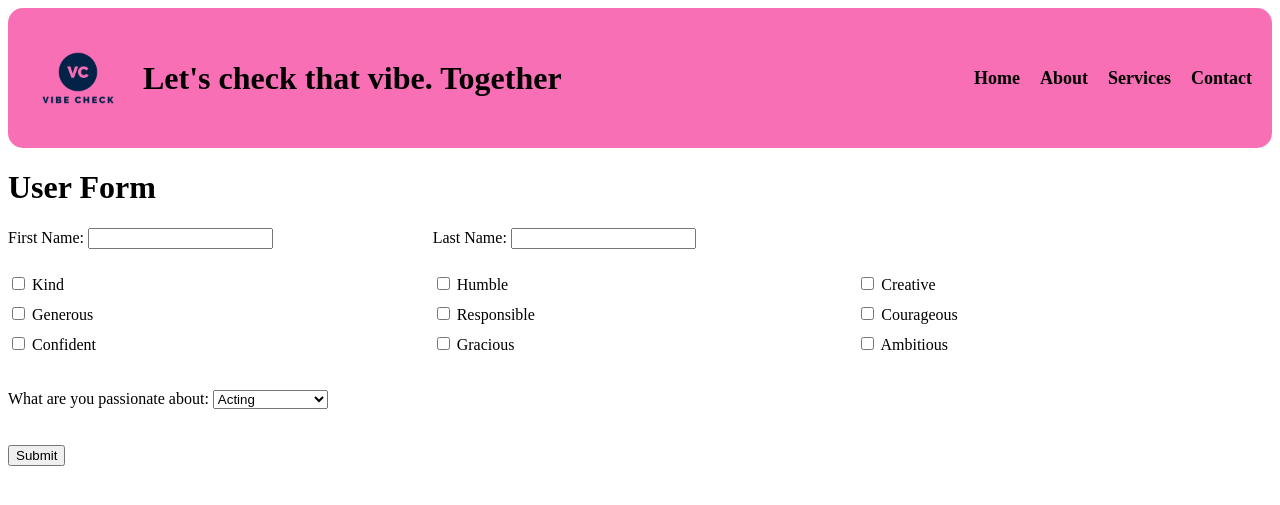
Repository: Chadloswald/Dis-Service
Page: docs/index.html
These files come from the project's save history. The page is drawn as it stood at one moment and after the next save; the edit follows.
The browser window is 1280 px wide. The pictures show the whole page.

Above is the page before, as saved 2023-05-02 10:21:12.

### docs/index.html
<!DOCTYPE html>
<html>
<head>
	<title>Dis-Service</title>
	<link rel="stylesheet" type="text/css" href="styles.css">
	<script src="scripts.js"></script>
</head>
<body>
	<header>
		<div class="logo">
		  <img src="logo.jpeg" alt="Logo">
		  <h1>Let's check that vibe. Together</h1>
		</div>
		<nav>
		  <ul>
			<li><a href="#">Home</a></li>
			<li><a href="#">About</a></li>
			<li><a href="#">Services</a></li>
			<li><a href="#">Contact</a></li>
		  </ul>
		</nav>
	  </header>
	<h1>User Form</h1>

	<form>
	<div id="checkbox-grid">
		<label>
			First Name:
			<input type="text" name="firstname" id="firstname">
		</label>
		<label>
			Last Name:
			<input type="text" name="lastname" id="lastname">
		</label>
		<br><br>
		<!-- ----------------------------------------- -->
		<label>
			<input type="checkbox" name="option1" value="cruel">
			Kind
		</label>
		<label>
			<input type="checkbox" name="option2" value="arrogant">
			Humble
		</label>
		<label>
			<input type="checkbox" name="option3" value="mundane">
			Creative
		</label>
		<label>
			<input type="checkbox" name="option4" value="greedy">
			Generous
		</label>
		<label>
			<input type="checkbox" name="option5" value="irressponsible">
			Responsible
		</label>
		<label>
			<input type="checkbox" name="option6" value="cowardly">
			Courageous
		</label>
		<label>
			<input type="checkbox" name="option7"value="insecure">
			Confident
		</label>
		<label>
			<input type="checkbox" name="option8" value="ungrateful">
			Gracious
		</label>
		<label>
			<input type="checkbox" name="option9" value="apathetic">
			Ambitious
		</label>
	</div>
	<br><br>
		<!-- ------------------------------------------------- -->
		<label>
			What are you passionate about:
			<select id="dropdown">
				<option value="you on stage makes Kristen Stewart's performance in Twilight look Oscar worthy">Acting</option>
				<option value="we checked your chart and your big three are all in ugly">Astrology</option>
				<option value="the next time you get our your telescope I'm going to shine a flashlight right down the tube">Astronomy</option>
				<option value="that bottom is so soggy that Paul Hollywood would never shake your hand">Baking</option>
				<option value="I'm sure your 12 followers are just riveted">Blogging</option>
				<option value="option5">Calligraphy</option>
				<option value="option6">Ceramics</option>
				<option value="option7">Chess</option>
				<option value="option8">Collecting</option>
				<option value="it's called salt! Try using it sometime">Cooking</option>
				<option value="option10">Dancing</option>
				<option value="option10">Drawing</option>
				<option value="option10">Film-making</option>
				<option value="option10">Gardening</option>
				<option value="option10">Hiking</option>
				<option value="option10">Jewelry-making</option>
				<option value="option10">Knitting</option>
				<option value="option10">Meditation</option>
				<option value="option10">Music</option>
				<option value="option10">Painting</option>
				<option value="option10">Photography</option>
				<option value="option10">Playing sports</option>
				<option value="option10">Pottery</option>
				<option value="option10">Reading</option>
				<option value="option10">Running</option>
				<option value="option10">Singing</option>
				<option value="option10">Traveling</option>
				<option value="option10">Volunteering</option>
				<option value="option10">Woodworking</option>
				<option value="option10">Writing</option>
				<option value="option10">Yoga</option>
			</select>
		</label>
		<br><br>
		<input type="submit" value="Submit" onclick="displayMessage()">
	</form>
</body>
</html>

### docs/styles.css
label {
	display: block;
}

#checkbox-grid {
	display: grid;
	grid-template-columns: repeat(3, 1fr);
	grid-gap: 10px;
  }

  #checkbox-grid label {
	display: block;
  }

  header {
	background-color: #f86fb5;
	color: black;
	display: flex;
	justify-content: space-between;
	align-items: center;
	padding: 20px;
	border-radius: 15px;
  }

  .logo {
	display: flex;
	align-items: center;
  }

  .logo img {
	height: 100px;
	margin-right: 15px;
  }

  nav ul {
	display: flex;
	list-style: none;
  }

  nav li {
	margin-left: 20px;
  }

  nav a {
	color: black;
	text-decoration: none;
	font-weight: bold;
	font-size: 18px;
  }

### docs/scripts.js
function displayMessage() {
	// get the values of the input fields
	var firstname = document.getElementById("firstname").value;
	var lastname = document.getElementById("lastname").value;

	// get the values of the selected checkboxes
	var checkboxes = document.querySelectorAll('input[type="checkbox"]:checked');
	var selected = [];
	for (var i = 0; i < checkboxes.length; i++) {
		selected.push(checkboxes[i].value);
	}

	// get the value of the selected option in the dropdown menu
	var dropdown = document.getElementById("dropdown");
	var selectedOption = dropdown.options[dropdown.selectedIndex].value;

	// create an array of names
	var names = ["Smellward", "Poopington", "Fartsman", "Cheesewick", "McLoser", "Hoobitoob", "Cramsworth", "Plooperbum", "Frimblebim", "Feebrizz"];

	// randomly select two names from the array
	var randomIndex1 = Math.floor(Math.random() * names.length);
	var randomIndex2 = Math.floor(Math.random() * names.length);
	while (randomIndex1 === randomIndex2) {
		randomIndex2 = Math.floor(Math.random() * names.length);
	}
	var randomName1 = names[randomIndex1];
	var randomName2 = names[randomIndex2];

	// construct the message
	var message = "Hey " + firstname + " " + lastname + "! Here's a message to cheer you up! You are an " + selected.join(", ") + " little jerk, and " + selectedOption + ". \nYou have lost the right to use the name " + firstname + " " + lastname + ", you nerd. You will be henceforth known as " + randomName1 + " " + randomName2 + ". May shame follow your family for 1000 years.";

	// display the message in an alert box
	alert(message);
}

After the next save:
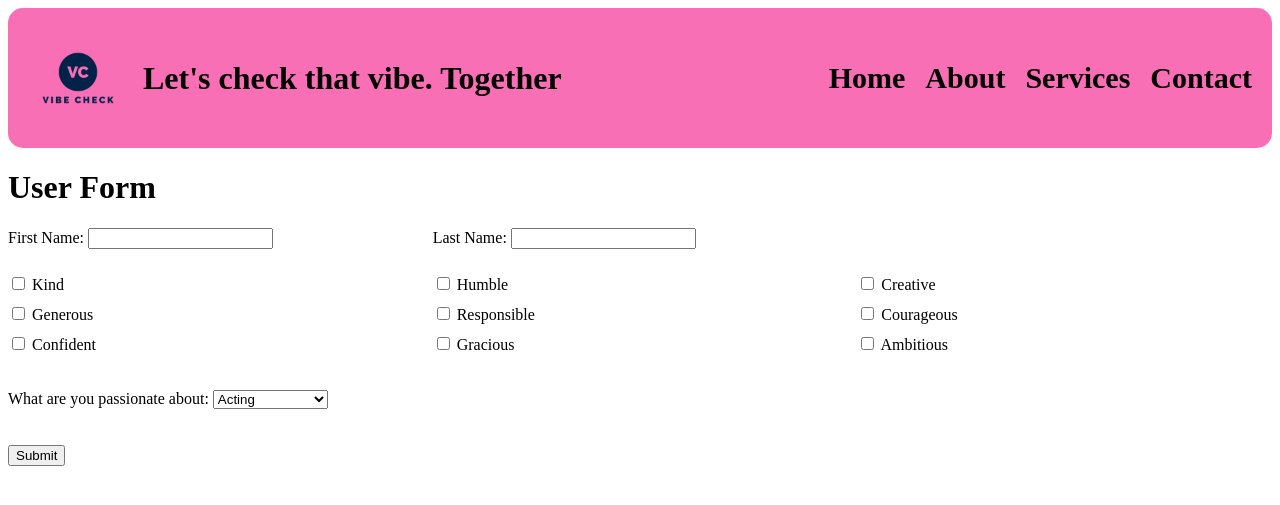
Saved 44 s later.
--- a/docs/styles.css
+++ b/docs/styles.css
@@ -45,5 +45,5 @@ label {
 	color: black;
 	text-decoration: none;
 	font-weight: bold;
-	font-size: 18px;
+	font-size: 30px;
   }
